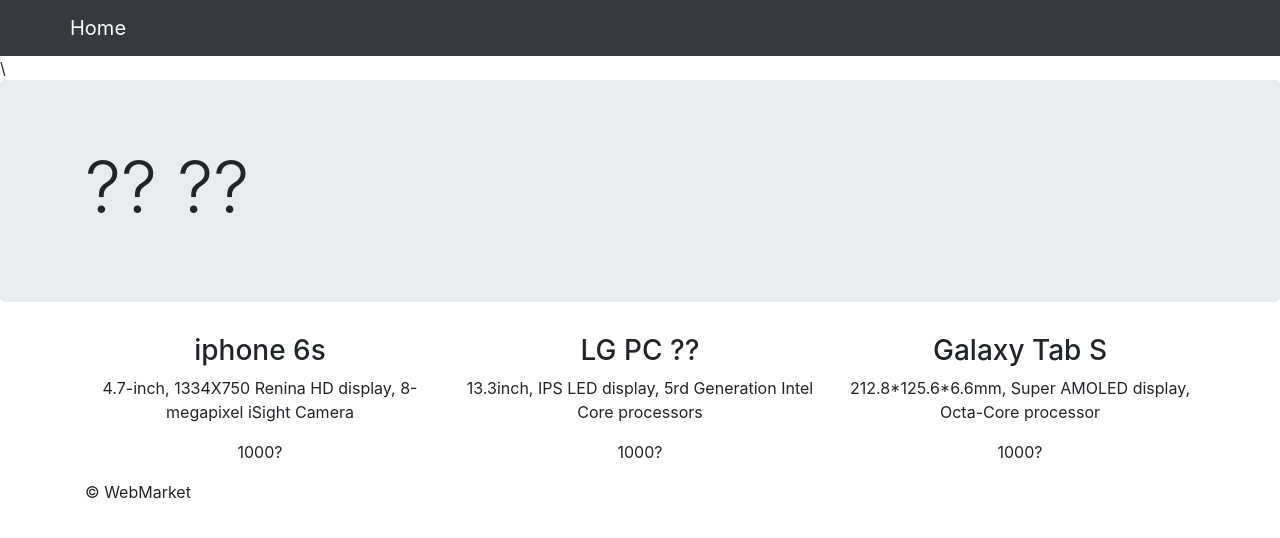
Repository: gitujin/JSP_WEBMARKET
Page: http://localhost/WebMarket/products.jsp
These files come from the project's save history. The page is drawn as it stood at one moment and after the next save; the edit follows.
The browser window is 1280 px wide. The pictures show the whole page.
The page is served by Tomcat 9.

Above is the page before, as saved 2022-03-10 12:22:38.

After the next save:
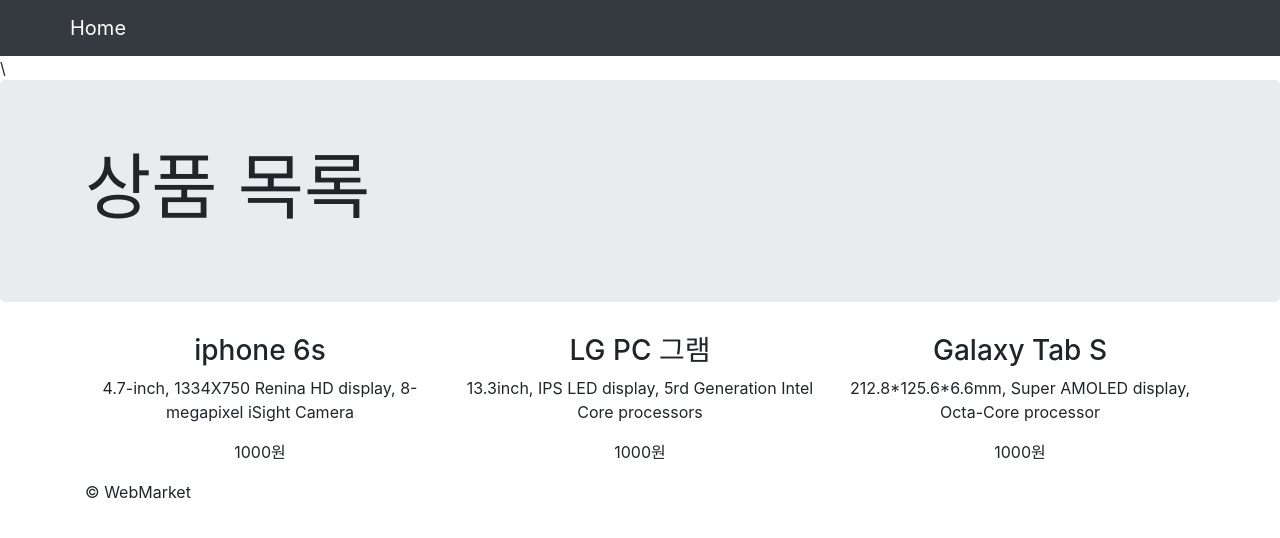
Saved 119 s later.
--- a/WebMarket/Webcontent/products.jsp
+++ b/WebMarket/Webcontent/products.jsp
@@ -1,4 +1,4 @@
-<%@ page contentType="text.html; charset=utf-8"%>
+<%@ page contentType="text/html; charset=utf-8" %>
 <%@ page import="java.util.ArrayList"%>
 <%@ page import="dto.Product"%>
 <jsp:useBean id="productDAO" class="dao.ProductRepository" scope="session"/>
